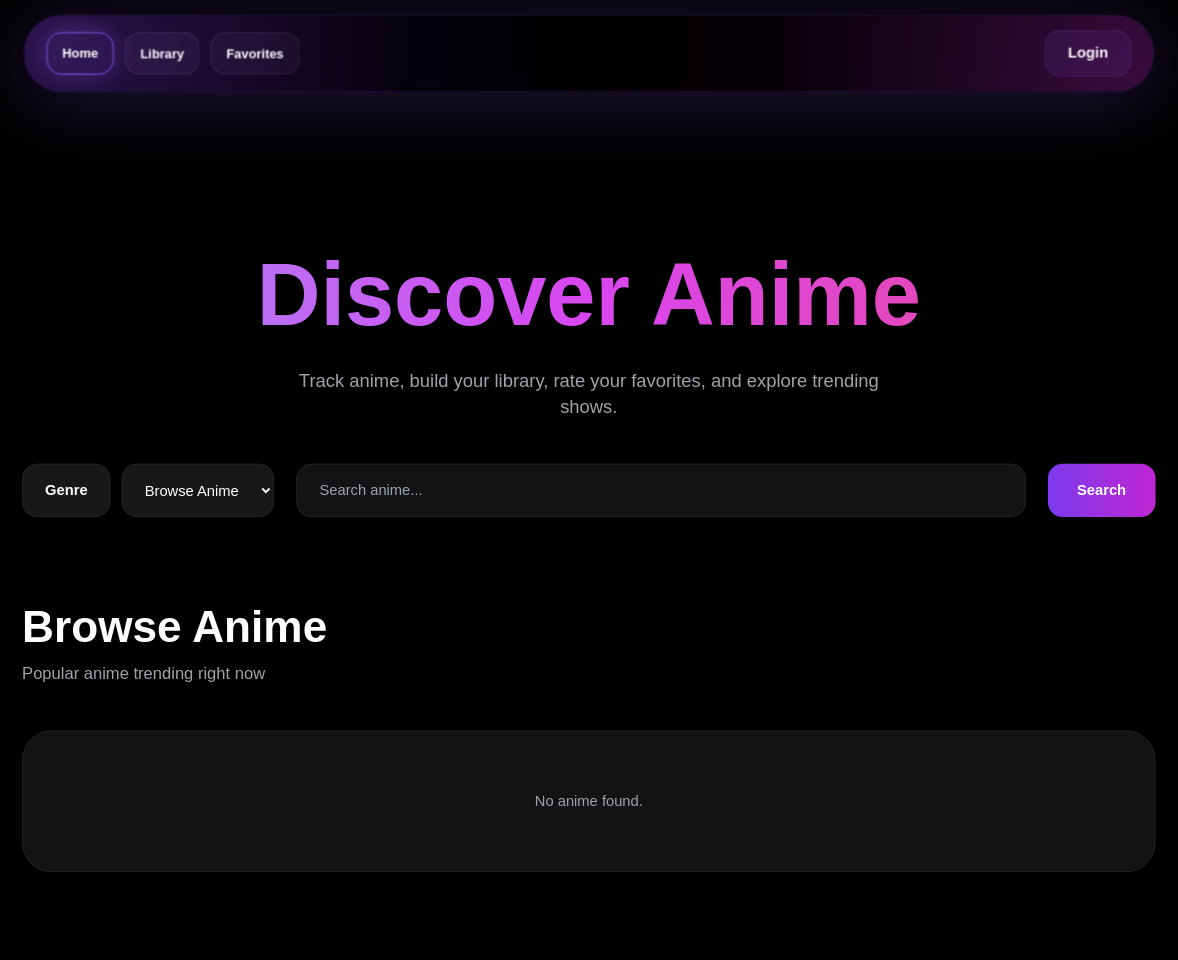
Repository: Maykal-Projects/Otakuflow
Page: /
The author's editor kept a copy of each file at every save. The page is drawn from the files as they stood at one save, then again after the next save.
The browser window is 1280 px wide. The pictures show the whole page, at 92% of full size.
The page's requests for data from a server got no answer. The project was rebuilt for these pictures with package versions that can differ from the ones it lists, and the page was loaded fresh each time. The framework's server and built-in components were replaced by stand-ins that run in the browser. No one was signed in, and anything a server would have sent is missing. Also part of the build but not shown: next.config.ts, components/AnimeCard.tsx.

Above is the page before, as saved 2026-05-30 21:52:59.

### app/layout.tsx
import "./globals.css";

import type { Metadata } from "next";

import { Toaster } from "react-hot-toast";

export const metadata = {

  title: "Otakuflorist",

  applicationName:
    "Otakuflorist",

  description:
    "Track anime, build your library and discover trending shows.",

};

export const viewport = {
  themeColor: "#000000",
  colorScheme: "dark",
  viewportFit: "cover",
};

export default function RootLayout({
  children,
}: Readonly<{
  children: React.ReactNode;
}>) {
  return (
    <html
  lang="en"
  suppressHydrationWarning
>
      <body className="bg-[#07010f]">
        {children}

        <Toaster
  position="top-center"
  toastOptions={{
    duration: 2500,

    style: {
      background:
        "rgba(15,15,20,0.95)",

      color: "#fff",

      border:
        "1px solid rgba(255,255,255,0.08)",

      borderRadius:
        "22px",

      padding:
        "18px 22px",

      backdropFilter:
        "blur(18px)",

      fontWeight:
        "800",

      boxShadow:
        "0 10px 60px rgba(0,0,0,0.5)",
    },

    success: {
      iconTheme: {
        primary:
          "#a855f7",
        secondary:
          "#fff",
      },
    },
  }}
/>
      </body>
    </html>
  );
}

### app/page.tsx
"use client";

import {
  useEffect,
  useRef,
  useState,
} from "react";

import AnimeCard from "@/components/AnimeCard";
import Navbar from "@/components/Navbar";
import toast from "react-hot-toast";

import {
  getAnimeFeed,
} from "@/lib/anilist";

const genres = [
  { name: "Action", id: 1 },
  { name: "Adventure", id: 2 },
  { name: "Comedy", id: 4 },
  { name: "Drama", id: 8 },
  { name: "Fantasy", id: 10 },
  { name: "Horror", id: 14 },
  { name: "Mystery", id: 7 },
  { name: "Romance", id: 22 },
  { name: "Sci-Fi", id: 24 },
  {
    name: "Slice of Life",
    id: 36,
  },
  { name: "Sports", id: 30 },
  {
    name: "Supernatural",
    id: 37,
  },
  { name: "Suspense", id: 41 },
];

export default function HomePage() {
  const [animeList, setAnimeList] =
    useState<any[]>([]);

  const [loading, setLoading] =
    useState(true);

  const [
    loadingMore,
    setLoadingMore,
  ] = useState(false);

  const [search, setSearch] =
    useState("");

  const [page, setPage] =
    useState(2);

  const [
    hasMore,
    setHasMore,
  ] = useState(true);

  const [
    suggestions,
    setSuggestions,
  ] = useState<any[]>([]);

  const [pageTitle, setPageTitle] =
    useState("Browse Anime");

  const [
    selectedSort,
    setSelectedSort,
  ] = useState("");

  const [
    selectedGenres,
    setSelectedGenres,
  ] = useState<string[]>([]);

  const [
    showGenreFilter,
    setShowGenreFilter,
  ] = useState(false);

  const timeoutRef =
    useRef<NodeJS.Timeout | null>(
      null
    );

 useEffect(() => {

  const saved =
    sessionStorage.getItem(
      "homepage-state"
    );

  if (saved) {

    const state =
      JSON.parse(saved);

    setSearch(
      state.search || ""
    );

    setSelectedGenres(
      state.selectedGenres || []
    );

    setSelectedSort(
      state.selectedSort || ""
    );

    setAnimeList(
      state.animeList || []
    );

    setPage(
      state.page || 2
    );

    setPageTitle(
      state.pageTitle ||
      "Browse Anime"
    );

    setLoading(false);

  } else {

    loadAnime();

  }

}, []);

  // AUTO SEARCH


useEffect(() => {

  if (
    animeList.length === 0
  ) return;

  const state = {

    search,
    selectedGenres,
    selectedSort,
    animeList,
    page,
    pageTitle,

  };

  sessionStorage.setItem(
    "homepage-state",
    JSON.stringify(state)
  );

}, [
  search,
  selectedGenres,
  selectedSort,
  animeList,
  page,
  pageTitle,
]);

  async function loadAnime() {
    if (page === 1) {
      setLoading(true);
    } else {
      setLoadingMore(true);
    }

    try {
      const anime =
        await getAnimeFeed(
          "POPULARITY_DESC"
        );

      if (
        anime &&
        anime.length > 0
      ) {
        setAnimeList(anime);
      }

      setPageTitle(
        "Browse Anime"
      );

      setHasMore(true);
    } catch (error) {
      console.error(
        "LOAD ANIME ERROR:",
        error
      );
    }

    setLoading(false);
    setLoadingMore(false);
  }

  async function searchTrendingMore() {

    if (loadingMore)
  return;

    setLoadingMore(true);

    try {
      const response =
        await fetch(
          `https://api.jikan.moe/v4/top/anime?page=${page}&limit=24`
        );

      const json =
        await response.json();

      const newAnime =
        json.data || [];

      setHasMore(
        json.pagination
          ?.has_next_page
      );

     setAnimeList(
  (prev) => {

    const combined = [
      ...prev,
      ...newAnime,
    ];

    return Array.from(
      new Map(
        combined.map(
          (anime: any) => [
            anime.mal_id,
            anime,
          ]
        )
      ).values()
    );

  }
);

      setPage(page + 1);
    } catch (error) {
      console.error(error);
    }

    setLoadingMore(false);
  }

async function searchAnime(
  reset = false,
  genreOverride?: string[],
  sortOverride?: string
) {

  // TRENDING
const genresToUse =
  genreOverride ||
  selectedGenres;

const sortToUse =
  sortOverride ??
  selectedSort;

if (
  !search.trim() &&
  genresToUse.length ===
    0 &&
  !sortToUse
) {

    if (reset) {

      setPage(2);

      loadAnime();

    } else {

      searchTrendingMore();

    }

    return;
  }

  // LOADING
  if (reset) {

    setLoading(true);

  } else {

    setLoadingMore(true);

  }

  try {

    const currentPage =
      reset ? 1 : page;

    let url =
      `https://api.jikan.moe/v4/anime?page=${currentPage}&limit=24`;

    // SEARCH
   if (
  search.trim()
) {

  url += `&q=${search}`;

}

// GENRES
if (
  genresToUse.length >
  0
) {

  url += `&genres=${genresToUse.join(",")}`;

}

    // SORT

    // MOST POPULAR
   if (
  sortToUse ===
  "popularity"
) {

  url +=
    "&order_by=popularity&sort=asc";

}
    // FAVORITES
    else if (
      sortToUse ===
      "favorites"
    ) {

      url +=
        "&order_by=favorites&sort=desc";

    }

else if (
  sortToUse ===
  "all"
) {

  url +=
    "&order_by=members&sort=desc";

}

    // TOP RATED
    else if (
      sortToUse ===
      "score"
    ) {

      url +=
        "&order_by=score&sort=desc";

    }

    // NEWEST
    else if (
      sortToUse ===
      "start_date"
    ) {

      url +=
        "&order_by=start_date&sort=desc";

    }

    // DEFAULT
    else {

      url +=
        "&order_by=score&sort=desc";

    }

    const response =
  await fetch(url);

if (
  response.status === 429
) {

  toast.error(
    "Too many requests. Please wait a moment."
  );

  setLoading(false);

  setLoadingMore(false);

  return;
}

    const json =
  await response.json();

let newAnime =
  json.data || [];

newAnime = Array.from(
  new Map(
    newAnime.map(
      (anime: any) => [
        anime.mal_id,
        anime,
      ]
    )
  ).values()
);

// STRICT TITLE FILTER

if (
  search.trim()
) {

  newAnime =
    newAnime.filter(
      (anime: any) =>

        anime.title
          ?.toLowerCase()
          .includes(
            search.toLowerCase()
          )

        ||

        anime.title_english
          ?.toLowerCase()
          .includes(
            search.toLowerCase()
          )

    );

}

setHasMore(
  json.pagination
    ?.has_next_page
);

if (reset) {

  setAnimeList(
    newAnime
  );

} else {

setAnimeList(
  (prev) => {

    const combined = [
      ...prev,
      ...newAnime,
    ];

    return Array.from(
      new Map(
        combined.map(
          (anime: any) => [
            anime.mal_id,
            anime,
          ]
        )
      ).values()
    );

  }
);

}

    setPage(
      currentPage + 1
    );

if (
  search.trim()
) {

  setPageTitle(
    `Search Results for "${search}"`
  );

}

else if (
  genresToUse.length >
0
) {

  const genreNames =
    genres
      .filter((g) =>
        genresToUse.includes(
          g.id.toString()
        )
      )
      .map((g) => g.name)
      .join(", ");

  setPageTitle(
    genreNames
  );

}

else if (
  sortToUse ===
  "popularity"
) {

  setPageTitle(
    "Most Popular"
  );

}

else if (
  sortToUse ===
  "favorites"
) {

  setPageTitle(
    "Most Favorited"
  );

}

else if (
  sortToUse ===
  "score"
) {

  setPageTitle(
    "Top Rated"
  );

}

else if (
  sortToUse ===
  "start_date"
) {

  setPageTitle(
    "Newest Anime"
  );

}

else if (
  sortToUse ===
  "all"
) {

  setPageTitle(
    "All Anime"
  );

}

else {

  setPageTitle(
    "Browse Anime"
  );

}

  } catch (error) {

    console.error(
      "SEARCH ERROR:",
      error
    );

  }

  setLoading(false);

  setLoadingMore(false);
}

  async function fetchSuggestions(
    value: string
  ) {
    if (
      timeoutRef.current
    ) {
      clearTimeout(
        timeoutRef.current
      );
    }

    timeoutRef.current =
      setTimeout(
        async () => {
          if (
            !value.trim() ||
            value.length < 2
          ) {
            setSuggestions(
              []
            );
            return;
          }

          try {
            const response =
              await fetch(
                `https://api.jikan.moe/v4/anime?q=${value}&order_by=members&sort=desc&type=tv&limit=8`
              );

if (
  response.status === 429
) {

  setSuggestions([]);

  return;
}

            const json =
              await response.json();

            const filtered =
              (
                json.data ||
                []
              ).filter(
                (
                  anime: any
                ) =>
                  anime.title
                    ?.toLowerCase()
                    .includes(
                      value.toLowerCase()
                    ) ||
                  anime.title_english
                    ?.toLowerCase()
                    .includes(
                      value.toLowerCase()
                    )
              );

            setSuggestions(
              filtered
            );
          } catch (error) {
            console.error(
              error
            );
          }
        },
        800
      );
  }

function toggleGenre(
  genreId: number
) {

  const updatedGenres =
    selectedGenres.includes(
      genreId.toString()
    )

      ? selectedGenres.filter(
          (g) =>
            g !==
            genreId.toString()
        )

      : [
          ...selectedGenres,
          genreId.toString(),
        ];

  setSelectedGenres(
    updatedGenres
  );

  setPage(1);

  searchAnime(
    true,
    updatedGenres
  );

}
  return (
    <main className="relative z-0 min-h-screen bg-black text-white pt-28">
      <Navbar />

      {/* HERO */}
      <section className="relative z-[9999] pt-32 sm:pt-40 pb-20 sm:pb-24 px-4 sm:px-6">
        <div className="relative z-0 max-w-7xl mx-auto text-center overflow-visible">
          {/* TITLE */}
          <h1 className="text-2xl sm:text-5xl md:text-8xl font-black leading-none mb-8 bg-gradient-to-r from-violet-400 via-fuchsia-500 to-pink-500 bg-clip-text text-transparent">
            Discover Anime
          </h1>

          {/* DESCRIPTION */}
          <p className="text-zinc-400 text-base sm:text-lg md:text-xl max-w-2xl mx-auto leading-7 sm:leading-9 mb-12 px-2">
            Track anime,
            build your
            library, rate
            your favorites,
            and explore
            trending shows.
          </p>

          {/* SEARCH + FILTERS */}
          <div className="grid grid-cols-1 xl:grid-cols-[auto_1fr_auto] gap-4 lg:gap-6 max-w-7xl mx-auto w-full">

            {/* LEFT FILTERS */}
            <div className="flex flex-col sm:flex-row flex-wrap items-stretch sm:items-center gap-3 w-full">

              {/* GENRE */}
              <div className="relative z-[9999] overflow-visible">
                <button
                  type="button"
                  onClick={() =>
                    setShowGenreFilter(
                      !showGenreFilter
                    )
                  }
                  className="bg-zinc-900 border border-zinc-800 rounded-2xl px-6 py-4 font-semibold hover:border-violet-500 transition h-[58px]"
                >
                  Genre{" "}
                  {selectedGenres.length >
                    0 &&
                    `(${selectedGenres.length})`}
                </button>

                {showGenreFilter && (
                  <div className="absolute z-[99999] top-full mt-3 left-0 right-0 sm:right-auto bg-zinc-900/95 backdrop-blur-2xl border border-zinc-800 rounded-3xl p-4 sm:p-6 w-full sm:w-[500px] max-w-[95vw]">
                    <div className="grid grid-cols-2 sm:grid-cols-3 gap-4">
                      {genres.map(
                        (
                          genre
                        ) => (
                          <label
                            key={
                              genre.id
                            }
                            className="flex items-center gap-3 text-sm cursor-pointer hover:text-violet-300 transition"
                          >
                            <input
                              type="checkbox"
                              checked={selectedGenres.includes(
  genre.id.toString()
)}
                              onChange={() =>
                               toggleGenre(
  genre.id
)
                              }
                              className="accent-violet-500"
                            />

                            {
                              genre.name
                            }
                          </label>
                        )
                      )}
                    </div>
                  </div>
                )}
              </div>



              {/* SORT */}
              <select
                value={
                  selectedSort
                }
        onChange={(e) => {

  const value =
    e.target.value;

  setSelectedSort(
    value
  );

  setPage(1);

  searchAnime(
    true,
    undefined,
    value
  );

}}
                className="bg-zinc-900 border border-zinc-800 rounded-2xl px-5 py-4 outline-none h-[58px]"
              >

                <option value="">
  Browse Anime
</option>

<option value="all">
  All
</option>

                <option value="popularity">
                  Most Popular
                </option>

                <option value="favorites">
                  Favorites
                </option>

                <option value="score">
                  Top Rated
                </option>

                <option value="start_date">
                  Newest
                </option>

              </select>
            </div>

            {/* SEARCH INPUT */}
            <div className="relative w-full">
              <input
                type="text"
                value={search}
                onChange={(
                  e
                ) => {
                  setSearch(
                    e.target
                      .value
                  );

                  fetchSuggestions(
                    e.target
                      .value
                  );
                }}
                placeholder="Search anime..."
                className="w-full bg-zinc-900/80 border border-zinc-800 rounded-2xl px-6 py-4 outline-none focus:border-violet-500 h-[58px]"
              />

              {/* SUGGESTIONS */}
              {suggestions.length >
                0 && (
                <div className="absolute z-[999999] top-full mt-3 w-full max-h-[420px] overflow-y-auto bg-zinc-950/95 backdrop-blur-2xl border border-zinc-800 rounded-3xl z-50 shadow-[0_20px_80px_rgba(0,0,0,0.6)]">
                  {suggestions.map(
                    (
                      anime: any
                    ) => (
                      <button
                        key={
                          anime.mal_id
                        }
                        onClick={() => {

  const title =
    anime.title;

  setSearch(title);

  setSuggestions([]);

  setPage(1);

  setTimeout(() => {
    searchAnime(true);
  }, 0);

}}
                        className="w-full flex items-center gap-4 p-4 hover:bg-white/5 transition text-left border-b border-white/5 last:border-none group"
                      >
                        <div className="relative">
                          <img
                            src={
                              anime
                                .images
                                ?.jpg
                                ?.image_url
                            }
                            alt=""
                            className="w-14 h-20 object-cover rounded-xl"
                          />
                        </div>

                        <div className="flex-1 min-w-0">
                          <p className="font-black text-white line-clamp-1 group-hover:text-violet-300 transition">
                            {
                              anime.title
                            }
                          </p>
                        </div>

                        <div className="text-violet-400 opacity-0 group-hover:opacity-100 transition text-lg font-bold">
                          →
                        </div>
                      </button>
                    )
                  )}
                </div>
              )}
            </div>

            {/* SEARCH BUTTON */}
            <button
              type="button"
              onClick={() => {

  if (loading || loadingMore)
    return;

  setSuggestions([]);

  setPage(1);

  searchAnime(true);
}}
              className="bg-gradient-to-r from-violet-600 to-fuchsia-600 hover:opacity-90 px-6 sm:px-8 py-4 rounded-2xl font-bold transition h-[58px] w-full lg:w-auto"
            >
              Search
            </button>
          </div>
        </div>
      </section>

      {/* GRID */}
      <section className="relative z-0 max-w-7xl mx-auto px-4 sm:px-6 pb-24">
        <div className="mb-12">
          <h2 className="text-2xl sm:text-4xl md:text-5xl font-black mb-3">
            {pageTitle}
          </h2>

          <p className="text-zinc-400 text-lg">

  {search.trim()
    ? "Anime matching your search"

    : selectedGenres.length > 0
    ? "Filtered by selected genres"

    : selectedSort ===
      "popularity"
    ? "Most watched anime"

    : selectedSort ===
      "favorites"
    ? "Most favorited anime by fans"

    : selectedSort ===
      "score"
    ? "Highest rated anime of all time"

    : selectedSort ===
      "start_date"
    ? "Latest released anime"

    : selectedSort ===
      "all"
    ? "Browse all anime titles"

    : "Popular anime trending right now"}

</p>
        </div>

        {loading ? (
          <div className="flex items-center justify-center py-24">
            <h2 className="text-4xl font-black">
              Loading...
            </h2>
          </div>
        ) : animeList.length ===
          0 ? (
          <div className="bg-zinc-900/80 border border-zinc-800 rounded-[32px] p-16 text-center text-zinc-400">
            No anime found.
          </div>
        ) : (
          <>
            <div className="grid grid-cols-3 sm:grid-cols-2 md:grid-cols-3 lg:grid-cols-4 gap-2 sm:gap-6 lg:gap-8">
              {animeList.map(
                (
                  anime: any,
                  index: number
                ) => (
                  <AnimeCard
                    key={`${anime.mal_id}-${index}`}
                    anime={anime}
                  />
                )
              )}
            </div>

            {/* LOAD MORE */}
            {hasMore && (
              <div className="flex justify-center mt-16">
                <button
                  type="button"
                  onClick={(e) => {
                    e.preventDefault();

                    if (
                      !search.trim() &&
                      selectedGenres.length ===
                        0 &&
                      !selectedSort
                    ) {
                      searchTrendingMore();
                    } else {
                      searchAnime();
                    }
                  }}
                  disabled={
                    loadingMore
                  }
                  className="px-8 py-4 rounded-2xl bg-gradient-to-r from-violet-600 to-fuchsia-600 font-bold hover:opacity-90 transition disabled:opacity-50"
                >
                  {loadingMore
                    ? "Loading..."
                    : "Show More"}
                </button>
              </div>
            )}
          </>
        )}
      </section>
    </main>
  );
}

### app/globals.css
@tailwind base;
@tailwind components;
@tailwind utilities;

html,
body {
  background: #07010f !important;
  color: white;
  font-family: Arial, Helvetica, sans-serif;
  min-height: 100%;
  width: 100%;
  overflow-x: hidden;
  overflow-y: auto;
}

body {
  position: relative;
}

@keyframes spinSlow {
  from {
    transform: rotate(0deg);
  }

  to {
    transform: rotate(360deg);
  }
}

.animate-spin-slow {
  animation: spinSlow 8s linear infinite;
}

### lib/anilist.ts
export async function searchAnime(
  search: string,
  genre?: string
) {
  try {
    const response = await fetch(
      `https://api.jikan.moe/v4/anime?q=${search}`
    );

    const json =
      await response.json();

    let anime =
      json.data || [];

    if (genre) {
      anime = anime.filter(
        (item: any) =>
          item.genres?.some(
            (g: any) =>
              g.name === genre
          )
      );
    }

    return anime;
  } catch (error) {
    console.error(error);

    return [];
  }
}

export async function getAnimeFeed(
  sortType: string,
  genre?: string
) {
  try {
    let endpoint =
      "https://api.jikan.moe/v4/seasons/now";

    // TOP RATED
    if (
      sortType ===
      "SCORE_DESC"
    ) {
      endpoint =
        "https://api.jikan.moe/v4/top/anime";
    }

    const response = await fetch(
      endpoint
    );

    const json =
      await response.json();

    let anime =
      json.data || [];

    if (genre) {
      anime = anime.filter(
        (item: any) =>
          item.genres?.some(
            (g: any) =>
              g.name === genre
          )
      );
    }

    return anime;
  } catch (error) {
    console.error(error);

    return [];
  }
}

### lib/supabase.ts
import { createClient } from "@supabase/supabase-js";

const supabaseUrl =
  process.env.NEXT_PUBLIC_SUPABASE_URL || "";

const supabaseAnonKey =
  process.env.NEXT_PUBLIC_SUPABASE_ANON_KEY || "";

export const supabase = createClient(
  supabaseUrl,
  supabaseAnonKey
);

Loaded but not shown: tailwind.config.js (11 lines, source omitted); components/Navbar.tsx (261 lines, source omitted)

After the next save:
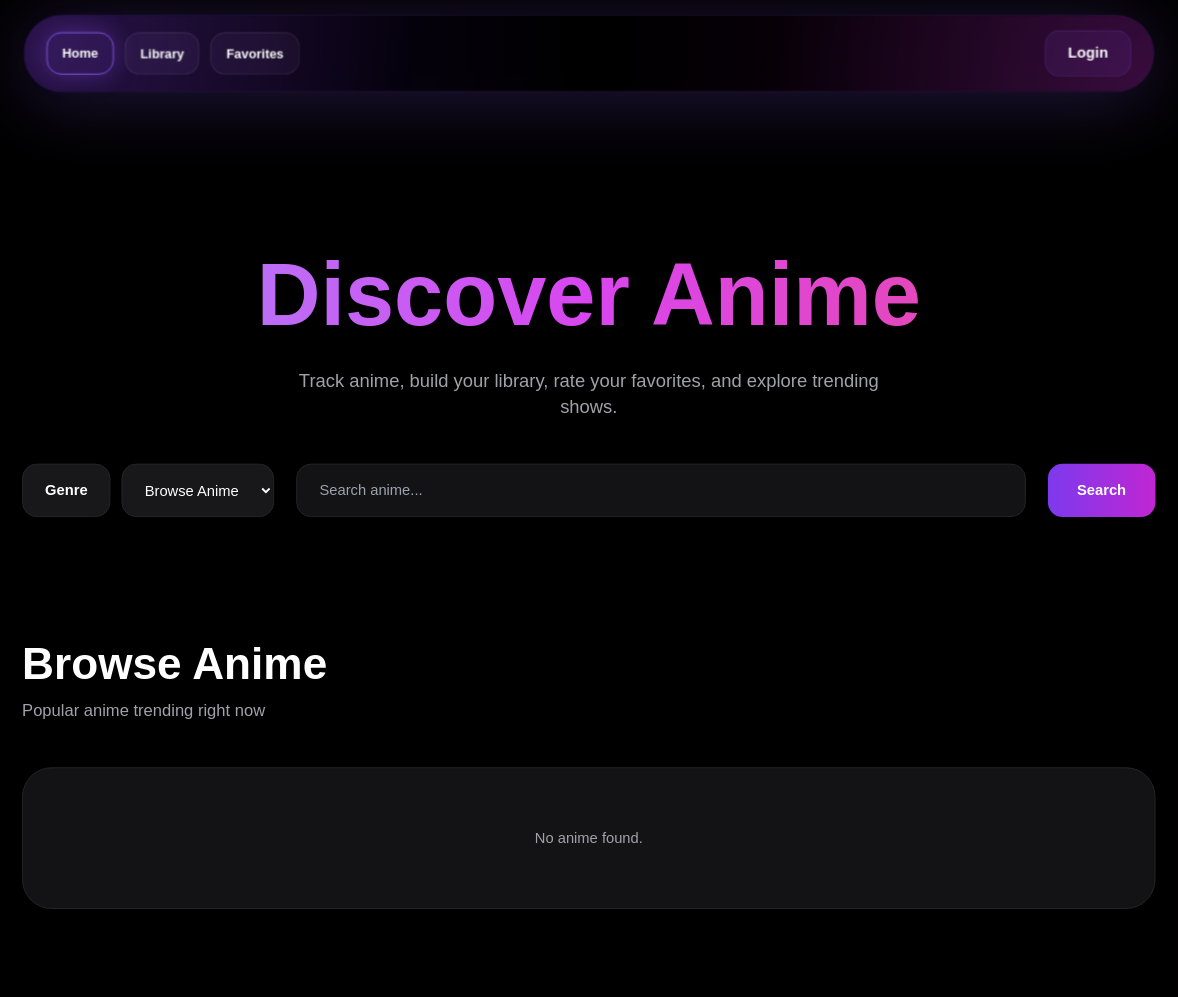
Saved 9 s later.
--- a/app/page.tsx
+++ b/app/page.tsx
@@ -958,7 +958,7 @@ function toggleGenre(
       </section>
 
       {/* GRID */}
-      <section className="relative z-0 max-w-7xl mx-auto px-4 sm:px-6 pb-24">
+      <section className="relative z-0 max-w-7xl mx-auto px-4 sm:px-6 pb-24 mt-10">
         <div className="mb-12">
           <h2 className="text-2xl sm:text-4xl md:text-5xl font-black mb-3">
             {pageTitle}
